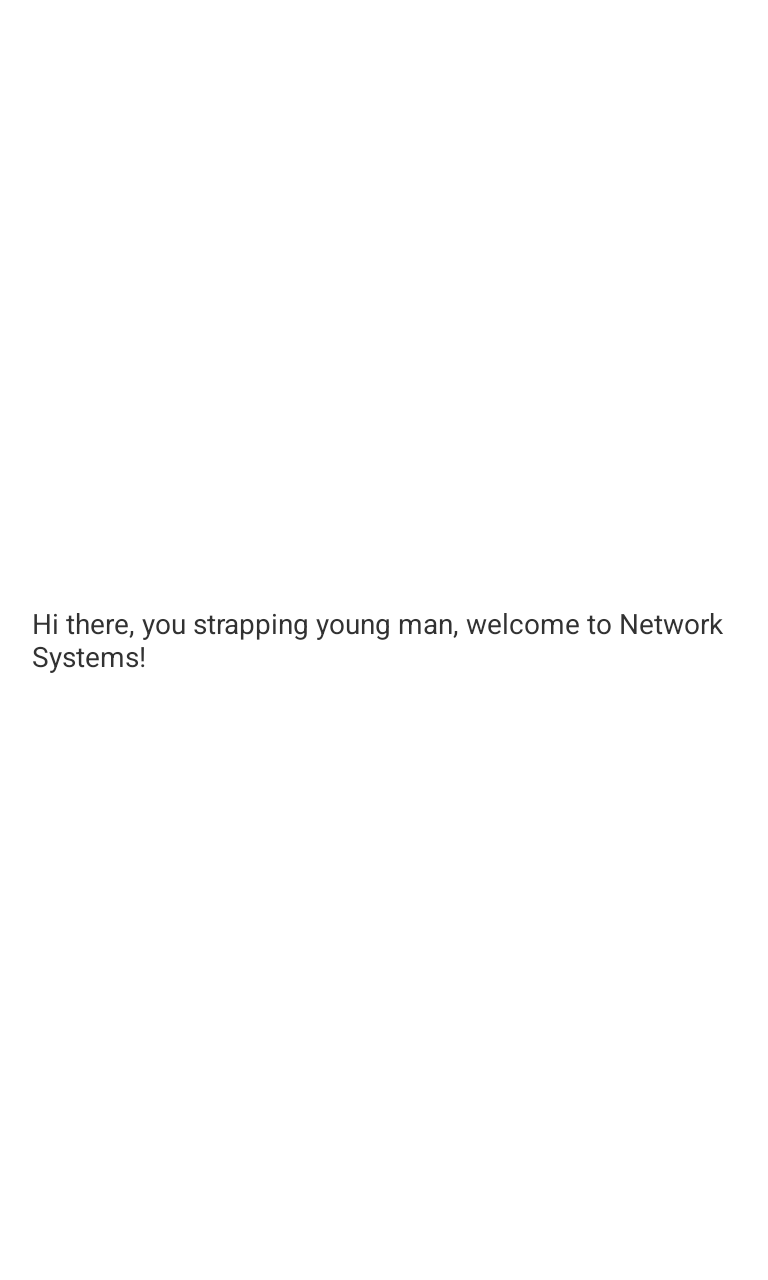
Repository: John-Snoap/Programming
Layout: Network Systems Design/workspace/MyFirstApp/res/layout/activity_main.xml
The author's editor kept a copy of each file at every save. The layout is drawn from the files as they stood at one save, then again after the next save.
It is drawn on a 768 x 1280 px phone screen (xhdpi) without system bars, with theme AppTheme; the app's code is not run.

Above is the layout before, as saved 2014-01-08 07:11:40.

### Network Systems Design/workspace/MyFirstApp/res/layout/activity_main.xml
<RelativeLayout xmlns:android="http://schemas.android.com/apk/res/android"
    xmlns:tools="http://schemas.android.com/tools"
    android:layout_width="match_parent"
    android:layout_height="match_parent"
    android:paddingBottom="@dimen/activity_vertical_margin"
    android:paddingLeft="@dimen/activity_horizontal_margin"
    android:paddingRight="@dimen/activity_horizontal_margin"
    android:paddingTop="@dimen/activity_vertical_margin"
    tools:context=".MainActivity" >

    <TextView
        android:layout_width="wrap_content"
        android:layout_height="wrap_content"
        android:layout_centerInParent="true"
        android:text="@string/hi_there" />

</RelativeLayout>

### Network Systems Design/workspace/MyFirstApp/res/values/strings.xml
<?xml version="1.0" encoding="utf-8"?>
<resources>

    <string name="app_name">My First App</string>
    <string name="action_settings">Settings</string>
    <string name="hello_world">Hello world!</string>
    <string name="hi_there">Hi there, you strapping young man, welcome to Network Systems!</string>

</resources>

Loaded but not shown: Network Systems Design/workspace/MyFirstApp/res/values/styles.xml (common file); Network Systems Design/workspace/MyFirstApp/res/values-v11/styles.xml (common file); Network Systems Design/workspace/MyFirstApp/res/values-v14/styles.xml (common file); Network Systems Design/workspace/MyFirstApp/res/values/dimens.xml (common file)

After the next save:
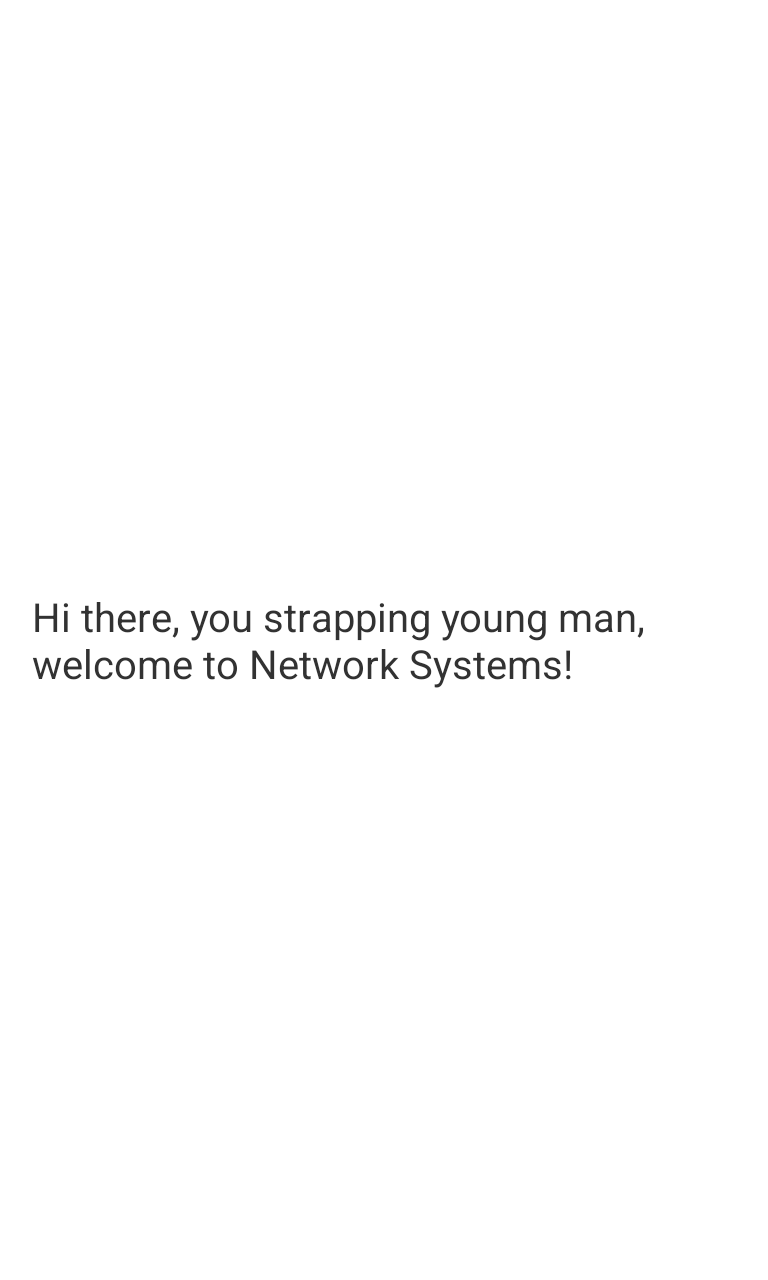
Saved 4 min 57 s later.
--- a/Network Systems Design/workspace/MyFirstApp/res/layout/activity_main.xml
+++ b/Network Systems Design/workspace/MyFirstApp/res/layout/activity_main.xml
@@ -12,6 +12,7 @@
         android:layout_width="wrap_content"
         android:layout_height="wrap_content"
         android:layout_centerInParent="true"
-        android:text="@string/hi_there" />
+        android:text="@string/hi_there"
+        android:textSize="20" />
 
 </RelativeLayout>
